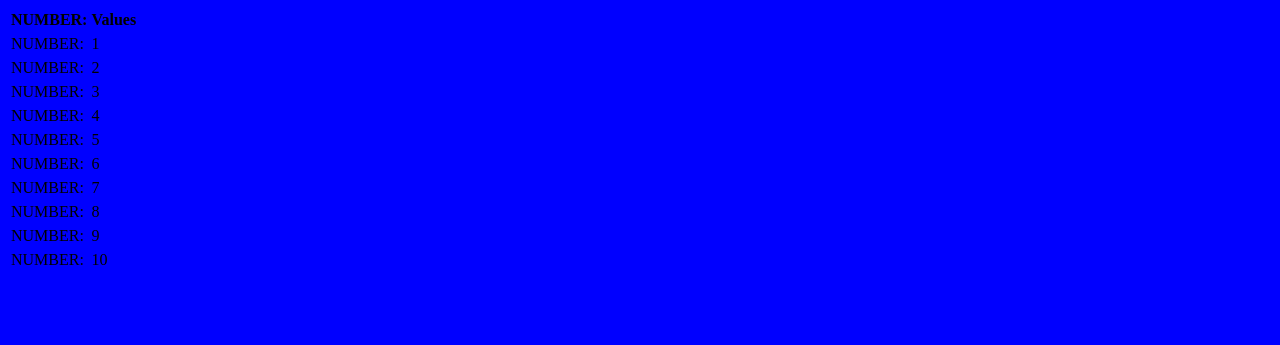
Repository: somakbha/CodeBackUP
Page: http://localhost/HelloJSP/table.jsp
The author's editor kept a copy of each file at every save. The page is drawn from the files as they stood at one save, then again after the next save.
The browser window is 1280 px wide. The pictures show the whole page.
The page is served by Tomcat 9.

Above is the page before, as saved 2019-06-03 16:01:52.

After the next save:
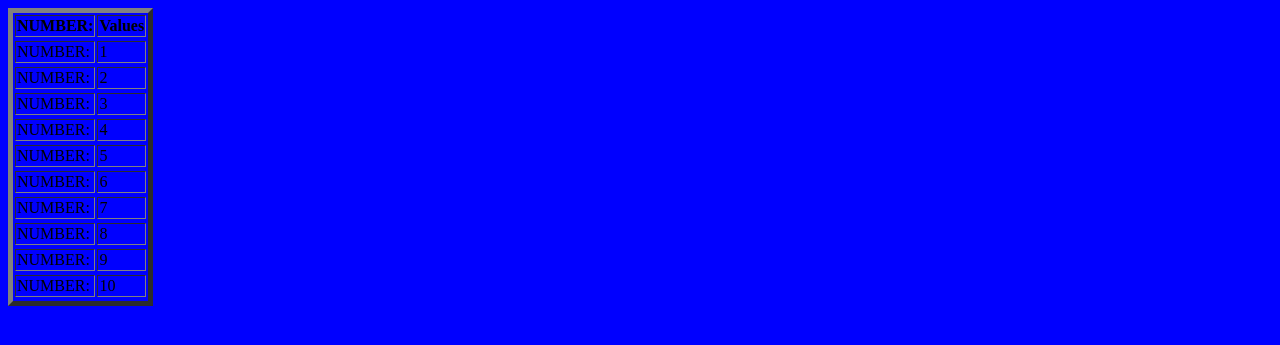
Saved 13 min 45 s later.
--- a/J2EE-Practice/HelloJSP/WebContent/table.jsp
+++ b/J2EE-Practice/HelloJSP/WebContent/table.jsp
@@ -10,7 +10,7 @@
 
 <!-- Create a table dynamically -->
 
-<table>
+<table border="5">
 <tr><th>NUMBER:</th><th>Values</th><tr>
 
 <%for (int i=0;i<10;i++) {%>
